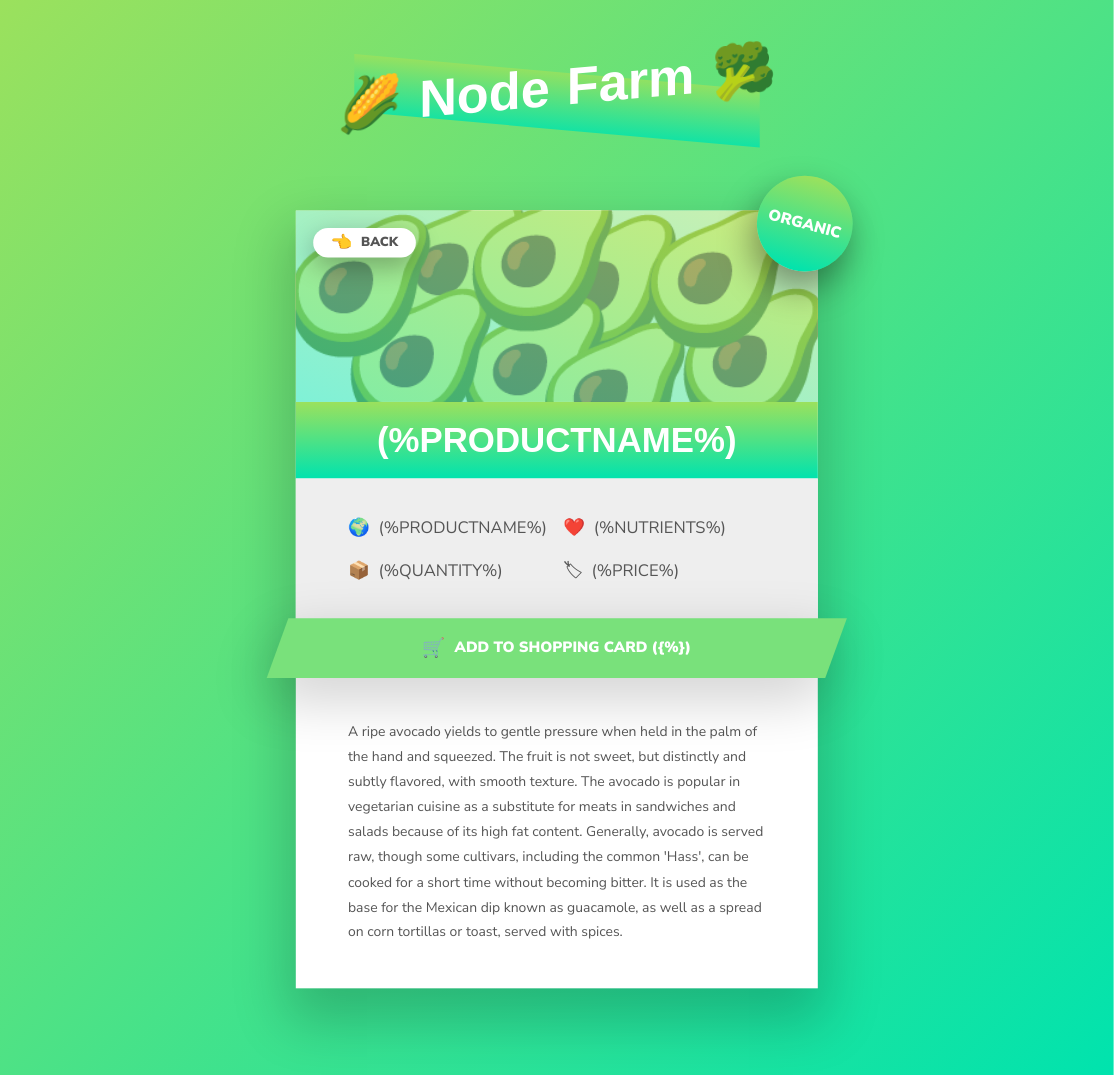
Repository: smit1298/complete-node-bootcamp
Page: node-farm/starter/templates/product.html
The author's editor kept a copy of each file at every save. The page is drawn from the files as they stood at one save, then again after the next save.
The browser window is 1280 px wide. The pictures show the whole page, at 87% of full size.
Some web fonts or font styles are not loaded; a fallback is used.

Above is the page before, as saved 2021-07-21 13:00:50.

### node-farm/starter/templates/product.html
<!DOCTYPE html>
<html lang="en">
  <head>
    <meta charset="UTF-8" />
    <meta name="viewport" content="width=device-width, initial-scale=1.0" />
    <meta http-equiv="X-UA-Compatible" content="ie=edge" />
    <link
      href="https://fonts.googleapis.com/css?family=Megrim|Nunito+Sans:400,900"
      rel="stylesheet"
    />
    <link
      rel="icon"
      href="https://emojipedia-us.s3.dualstack.us-west-1.amazonaws.com/thumbs/240/apple/155/ear-of-maize_1f33d.png"
    />

    <title>Fresh Avocados 🥑 /// NODE FARM</title>

    <style>
      *,
      *::before,
      *::after {
        margin: 0;
        padding: 0;
        box-sizing: inherit;
      }

      html {
        font-size: 62.5%;
        box-sizing: border-box;
      }

      body {
        padding: 5rem 5rem 10rem;
        line-height: 1.7;
        font-family: 'Nunito Sans', sans-serif;
        color: #555;
        min-height: 100vh;
        background: linear-gradient(to bottom right, #9be15d, #00e3ae);
      }

      h1 {
        font-family: 'Megrim', sans-serif;
        font-size: 6rem;
        color: white;
        transform: skewY(-5deg);
        text-align: center;
        position: relative;
        word-spacing: 3px;
      }

      h1::before {
        content: '';
        display: block;
        height: 65%;
        width: 49%;
        position: absolute;
        top: 105%;
        left: 50%;
        background: linear-gradient(to bottom, #9be15d, #00e3ae);
        opacity: 0.8;
        z-index: -1;
        transform: skewY(370deg) translate(-50%, -50%);
      }

      .container {
        width: 95rem;
        margin: 0 auto;
      }

      .product {
        width: 60rem;
        margin: 0 auto;
        margin-top: 9rem;
        background: white;
        box-shadow: 0 3rem 6rem 1rem rgba(0, 0, 0, 0.2);
        position: relative;
      }

      .product__hero {
        position: relative;
        height: 22rem;
        overflow: hidden;
      }

      .product__hero::before {
        content: '';
        display: block;
        height: 100%;
        width: 100%;
        position: absolute;
        top: 0;
        left: 0;
        background-image: linear-gradient(to left bottom, #9be15d, #00e3ae);
        opacity: 0.5;
        z-index: 100;
      }

      .product__emoji {
        font-size: 15rem;
        position: absolute;
      }

      .product__emoji--1 {
        top: -4rem;
        left: -2rem;
        z-index: 10;
      }

      .product__emoji--2 {
        top: -6rem;
        left: 9rem;
      }

      .product__emoji--3 {
        top: -4rem;
        right: 15rem;
      }

      .product__emoji--4 {
        top: -5rem;
        right: 2rem;
        z-index: 10;
      }

      .product__emoji--5 {
        bottom: -9rem;
        left: 18rem;
      }

      .product__emoji--6 {
        bottom: -8rem;
        left: 5rem;
      }

      .product__emoji--7 {
        bottom: -12rem;
        right: 14rem;
      }

      .product__emoji--8 {
        bottom: -8rem;
        right: -2rem;
      }

      .product__emoji--9 {
        top: -7rem;
        left: 19rem;
      }

      .product__organic {
        position: absolute;
        top: -4rem;
        right: -4rem;
        z-index: 1000;
        height: 11rem;
        width: 11rem;
        background-image: linear-gradient(to bottom, #9be15d, #00e3ae);
        border-radius: 50%;
        transform: rotate(15deg);
        box-shadow: 0 2rem 4rem rgba(0, 0, 0, 0.4);
        display: flex;
        align-items: center;
        justify-content: center;
      }

      .product__organic h5 {
        font-weight: 900;
        text-transform: uppercase;
        font-size: 1.8rem;
        color: white;
      }

      .product__back:link,
      .product__back:visited {
        position: absolute;
        top: 2rem;
        left: 2rem;
        font-size: 1.5rem;
        font-weight: 700;
        text-transform: uppercase;
        text-decoration: none;
        z-index: 1000;
        color: #555;
        background-color: white;
        box-shadow: 0 1rem 3rem rgba(0, 0, 0, 0.3);
        border-radius: 100rem;
        padding: 0 2rem;
        transition: all 0.3s;
        display: flex;
        align-items: center;
      }

      .product__back:hover,
      .product__back:active {
        background-color: #79e17b;
      }

      .product__name {
        background: linear-gradient(to bottom, #9be15d, #00e3ae);
        padding: 1rem;
        font-family: 'Megrim', sans-serif;
        font-size: 4rem;
        color: white;
        text-align: center;
        word-spacing: 2px;
      }

      .product__details {
        background-color: #eee;
        padding: 4rem 6rem;
        font-size: 1.9rem;
        display: grid;
        grid-template-columns: 1fr 1fr;
        grid-gap: 1.5rem;
      }

      .product__description {
        padding: 5rem 6rem;
        font-size: 1.6rem;
        line-height: 1.8;
      }

      .product__link:link,
      .product__link:visited {
        display: block;
        background-color: #79e17b;
        color: white;
        font-size: 1.6rem;
        font-weight: 700;
        text-transform: uppercase;
        text-decoration: none;
        padding: 1.5rem;
        text-align: center;
        transform: scale(1.07) skewX(-20deg);
        box-shadow: 0 2rem 6rem rgba(0, 0, 0, 0.2);
        display: flex;
        align-items: center;
        justify-content: center;
        transition: all 0.3s;
      }

      .product__link:hover,
      .product__link:active {
        background-color: #9be15d;
        transform: scale(1.1) skewX(-20deg);
      }

      .product__link span {
        transform: skewX(20deg);
      }

      .emoji-left {
        font-size: 2rem;
        margin-right: 1rem;
      }

      .emoji-right {
        font-size: 2rem;
        margin-left: 1rem;
      }

      .not-organic {
        display: none;
      }
    </style>
  </head>

  <body>
    <div class="container">
      <h1>🌽 Node Farm 🥦</h1>

      <figure class="product">
        <div class="product__organic"><h5>Organic</h5></div>
        <a href="#" class="product__back">
          <span class="emoji-left">👈</span>Back
        </a>
        <div class="product__hero">
          <span class="product__emoji product__emoji--1">🥑</span>
          <span class="product__emoji product__emoji--2">🥑</span>
          <span class="product__emoji product__emoji--3">🥑</span>
          <span class="product__emoji product__emoji--4">🥑</span>
          <span class="product__emoji product__emoji--5">🥑</span>
          <span class="product__emoji product__emoji--6">🥑</span>
          <span class="product__emoji product__emoji--7">🥑</span>
          <span class="product__emoji product__emoji--8">🥑</span>
          <span class="product__emoji product__emoji--9">🥑</span>
        </div>
        <h2 class="product__name">(%PRODUCTNAME%)</h2>
        <div class="product__details">
          <p><span class="emoji-left">🌍</span>(%PRODUCTNAME%)</p>
          <p><span class="emoji-left">❤️</span>(%NUTRIENTS%)</p>
          <p><span class="emoji-left">📦</span>(%QUANTITY%)</p>
          <p><span class="emoji-left">🏷</span>(%PRICE%)</p>
        </div>

        <a href="#" class="product__link">
          <span class="emoji-left">🛒</span>
          <span>Add to shopping card ({%})</span>
        </a>

        <p class="product__description">
          A ripe avocado yields to gentle pressure when held in the palm of the
          hand and squeezed. The fruit is not sweet, but distinctly and subtly
          flavored, with smooth texture. The avocado is popular in vegetarian
          cuisine as a substitute for meats in sandwiches and salads because of
          its high fat content. Generally, avocado is served raw, though some
          cultivars, including the common 'Hass', can be cooked for a short time
          without becoming bitter. It is used as the base for the Mexican dip
          known as guacamole, as well as a spread on corn tortillas or toast,
          served with spices.
        </p>
      </figure>

    </div>
  </body>
</html>

After the next save:
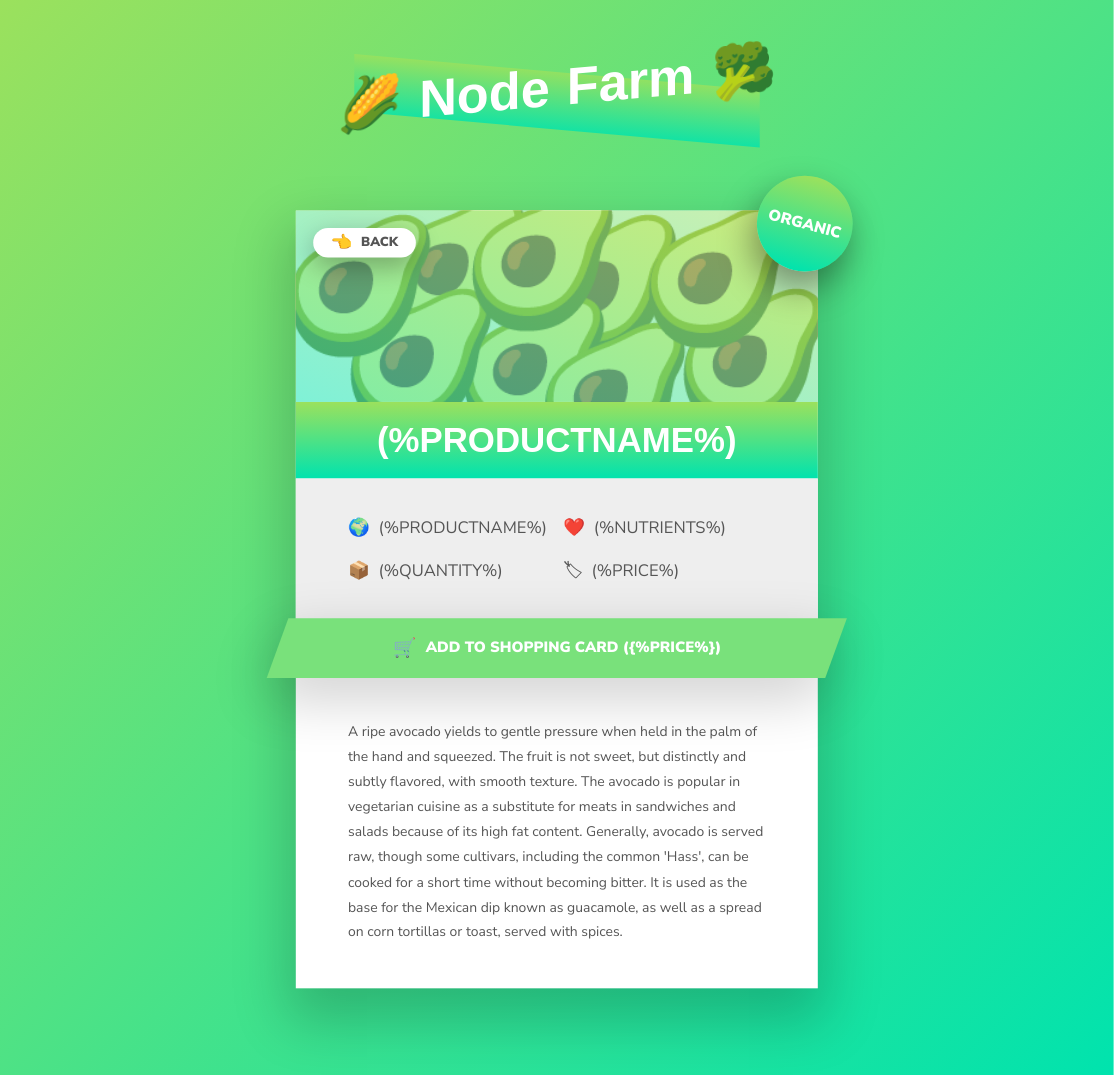
Saved 4 s later.
--- a/node-farm/starter/templates/product.html
+++ b/node-farm/starter/templates/product.html
@@ -295,7 +295,7 @@
 
         <a href="#" class="product__link">
           <span class="emoji-left">🛒</span>
-          <span>Add to shopping card ({%})</span>
+          <span>Add to shopping card ({%PRICE%})</span>
         </a>
 
         <p class="product__description">
